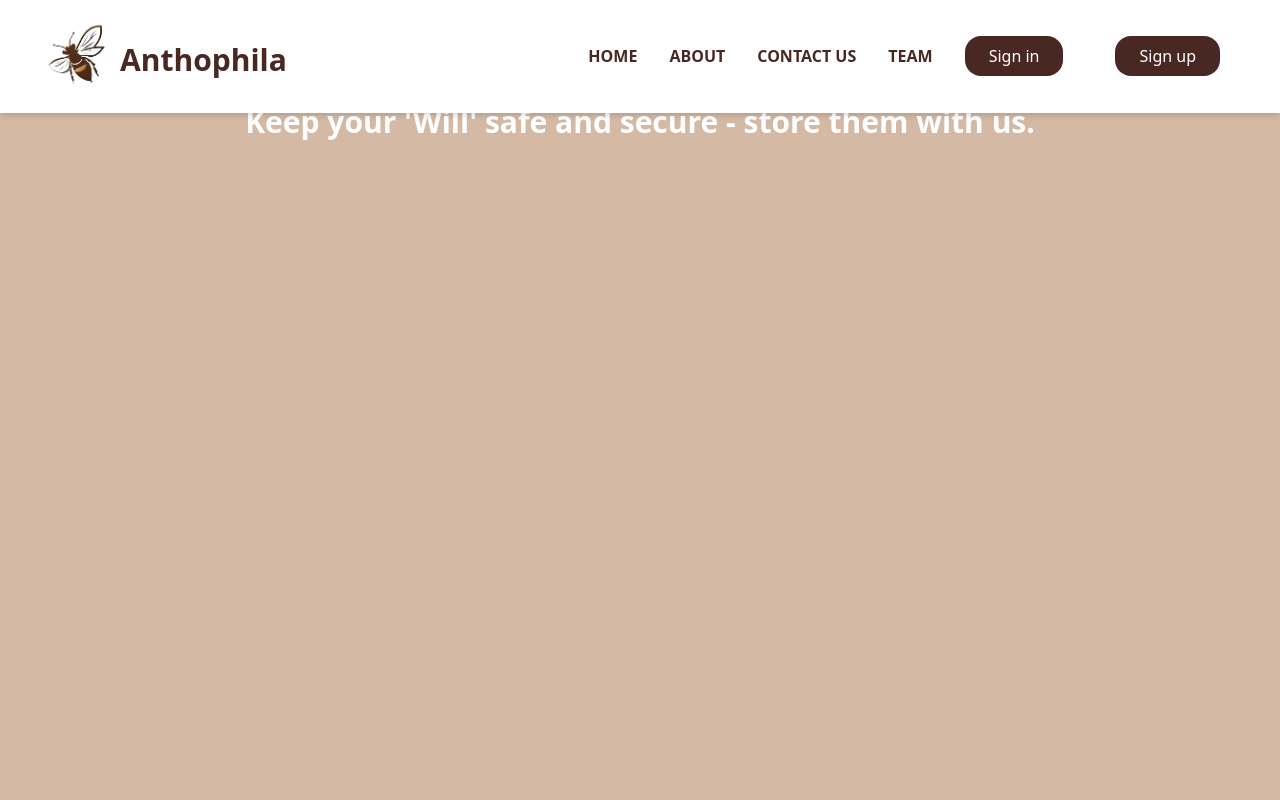
Repository: marcusdashe/anthophila
Page: /
The author's editor kept a copy of each file at every save. The page is drawn from the files as they stood at one save, then again after the next save.
The browser window is 1280 px wide. The pictures show the whole page.
The project was rebuilt for these pictures with package versions that can differ from the ones it lists, and the page was loaded fresh each time. The framework's server and built-in components were replaced by stand-ins that run in the browser. Also part of the build but not shown: next.config.js, styles/Home.module.css.

Above is the page before, as saved 2023-02-26 16:33:42.

After the next save:
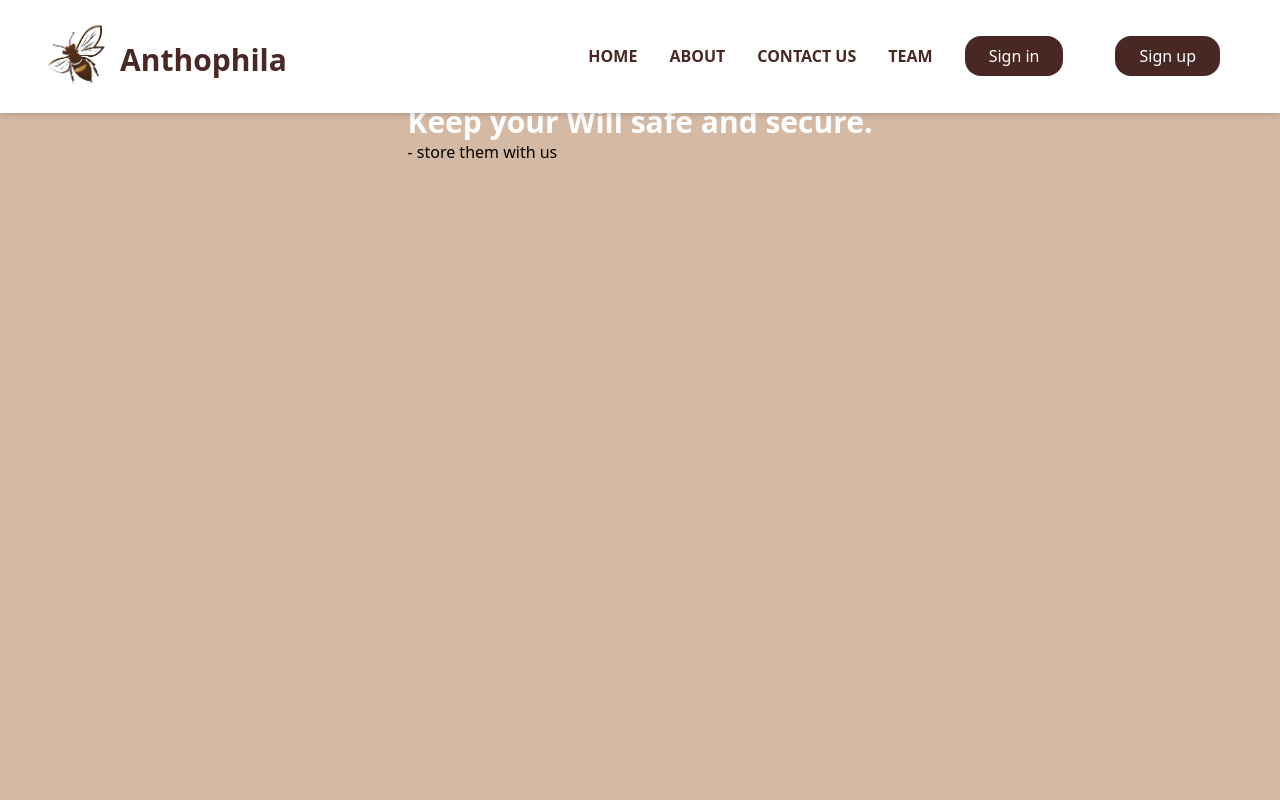
Saved 96 s later.
--- a/components/Hero.jsx
+++ b/components/Hero.jsx
@@ -5,7 +5,8 @@ const Hero = () => {
 
             <header className="flex items-center py-6 mt-20">
                     <div className="max-w-7xl mx-auto px-4 sm:px-6 lg:px-8">
-                        <h1 className="text-3xl font-bold text-white">Keep your 'Will' safe and secure - store them with us.</h1>
+                        <h1 className="text-3xl font-bold text-white">Keep your Will safe and secure.</h1>
+                        <p>- store them with us</p>
                     </div>
             </header>
         </>
